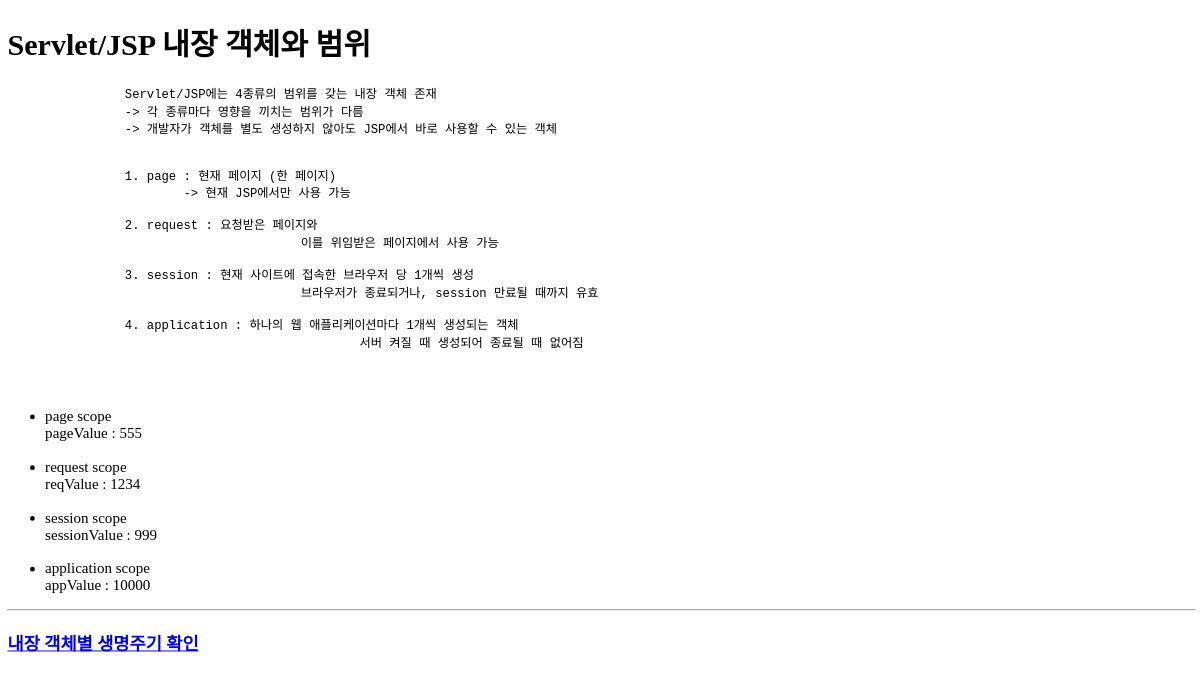
Repository: Rabsterd/6_Server
Page: http://localhost/JSPProject2/scope
These files come from the project's save history. The page is drawn as it stood at one moment and after the next save; the edit follows.
The browser window is 1280 px wide. The pictures show the whole page, at 94% of full size.
The page is served by Tomcat 9. Other server files are loaded and not shown.

Above is the page before, as saved 2023-09-19 02:38:06.

### JSPProject2/src/main/webapp/WEB-INF/views/scope/scope.jsp
<%@ page language="java" contentType="text/html; charset=UTF-8"
    pageEncoding="UTF-8"%>
<!DOCTYPE html>
<html>
<head>
<meta charset="UTF-8">
<title>Servlet/JSP 내장 객체와 범위</title>
</head>
<body>
	<h1>Servlet/JSP 내장 객체와 범위</h1>

	<pre>
		Servlet/JSP에는 4종류의 범위를 갖는 내장 객체 존재
		-> 각 종류마다 영향을 끼치는 범위가 다름
		-> 개발자가 객체를 별도 생성하지 않아도 JSP에서 바로 사용할 수 있는 객체


		1. page : 현재 페이지 (한 페이지)
			-> 현재 JSP에서만 사용 가능

		2. request : 요청받은 페이지와
					이를 위임받은 페이지에서 사용 가능

		3. session : 현재 사이트에 접속한 브라우저 당 1개씩 생성
					브라우저가 종료되거나, session 만료될 때까지 유효

		4. application : 하나의 웹 애플리케이션마다 1개씩 생성되는 객체
						서버 켜질 때 생성되어 종료될 때 없어짐


	</pre>

	<ul>
		<li>
			page scope <br>

			<%
				// pageContext : page scope 객체
				pageContext.setAttribute("pageValue", 555);

				pageContext.setAttribute("str", "page 범위에 세팅된 문자열");
			%>

			pageValue : ${pageScope.pageValue}
		</li>

		<br>

		<li>
			request scope <br>
			reqValue : ${requestScope.reqValue}
		</li>

		<br>

		<li>
			session scope <br>
			sessionValue : ${sessionScope.sessionValue}
		</li>

		<br>

		<li>
			application scope <br>
			appValue : ${applicationScope.appValue}
		</li>
	</ul>


	<hr>

	<h3>
		<a href="scopeCheck">내장 객체별 생명주기 확인</a>
	</h3>
</body>
</html>

### JSPProject2/src/main/java/edu/kh/jsp/controller/ScopeController.java
package edu.kh.jsp.controller;

import java.io.IOException;

import javax.servlet.RequestDispatcher;
import javax.servlet.ServletContext;
import javax.servlet.ServletException;
import javax.servlet.annotation.WebServlet;
import javax.servlet.http.HttpServlet;
import javax.servlet.http.HttpServletRequest;
import javax.servlet.http.HttpServletResponse;
import javax.servlet.http.HttpSession;

// 서블릿 매핑에서 유효하지 않은 url pattern
// -> 매핑할 주소 제일 앞에 "/" 반드시 작성
// -> 쓰지 않으면 에러남
@WebServlet("/scope")
public class ScopeController extends HttpServlet{

	@Override
	protected void doGet(HttpServletRequest req, HttpServletResponse resp) throws ServletException, IOException {

		RequestDispatcher dispatcher = req.getRequestDispatcher("/WEB-INF/views/scope/scope.jsp");


		// 1. page scope -> JSP에서 확인


		// 2. request scope -> 요청받은 페이지 + 위임받은 페이지
		req.setAttribute("reqValue", "1234");


		// 3. session scope -> 브라우저당 1개
		//					-> 브라우저 종료 또는 session 만료까지 유지

		// session 객체 얻어오는 방법
		HttpSession session = req.getSession();

		session.setAttribute("sessionValue", "999");


		// 4. application scope -> 서버가 켜져있는 동안 유지

		// application 객체를 얻어오는 방법
		// -> request, session 객체에서 얻어오기 가능
		ServletContext application = req.getServletContext();
		//ServletContext application = session.getServletContext();
		application.setAttribute("appValue", 10000);

		// ** 모든 scope는 속성을 세팅하고 얻어오는 방법 동일!!! **




		// 모든 범위에 같은 key로 속성 세팅
		req.setAttribute("str", "request 범위에 세팅된 문자열");

		session.setAttribute("str","session범위에 세팅된 문자열");

		application.setAttribute("str","application범위에 세팅된 문자열");





		dispatcher.forward(req, resp);
	}
}

After the next save:
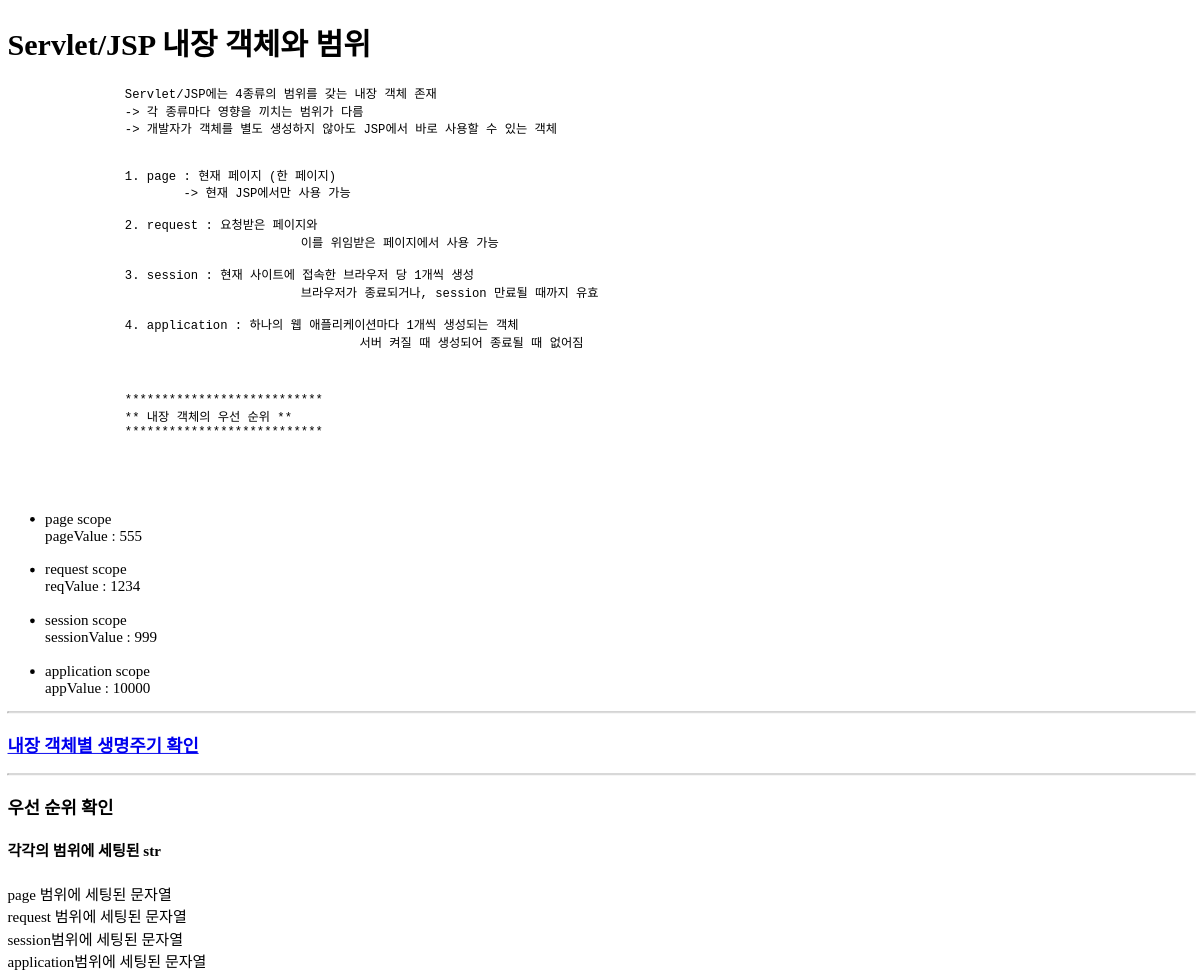
Saved 7 min 50 s later.
--- a/JSPProject2/src/main/webapp/WEB-INF/views/scope/scope.jsp
+++ b/JSPProject2/src/main/webapp/WEB-INF/views/scope/scope.jsp
@@ -26,6 +26,13 @@
 
 		4. application : 하나의 웹 애플리케이션마다 1개씩 생성되는 객체
 						서버 켜질 때 생성되어 종료될 때 없어짐
+
+
+
+		***************************
+		** 내장 객체의 우선 순위 **
+		***************************
+
 
 
 	</pre>
@@ -72,5 +79,15 @@
 	<h3>
 		<a href="scopeCheck">내장 객체별 생명주기 확인</a>
 	</h3>
+
+	<hr>
+
+	<h3>우선 순위 확인</h3>
+
+	<h4>각각의 범위에 세팅된 str</h4>
+	${pageScope.str} <br>
+	${requestScope.str} <br>
+	${sessionScope.str} <br>
+	${applicationScope.str} <br>
 </body>
 </html>
